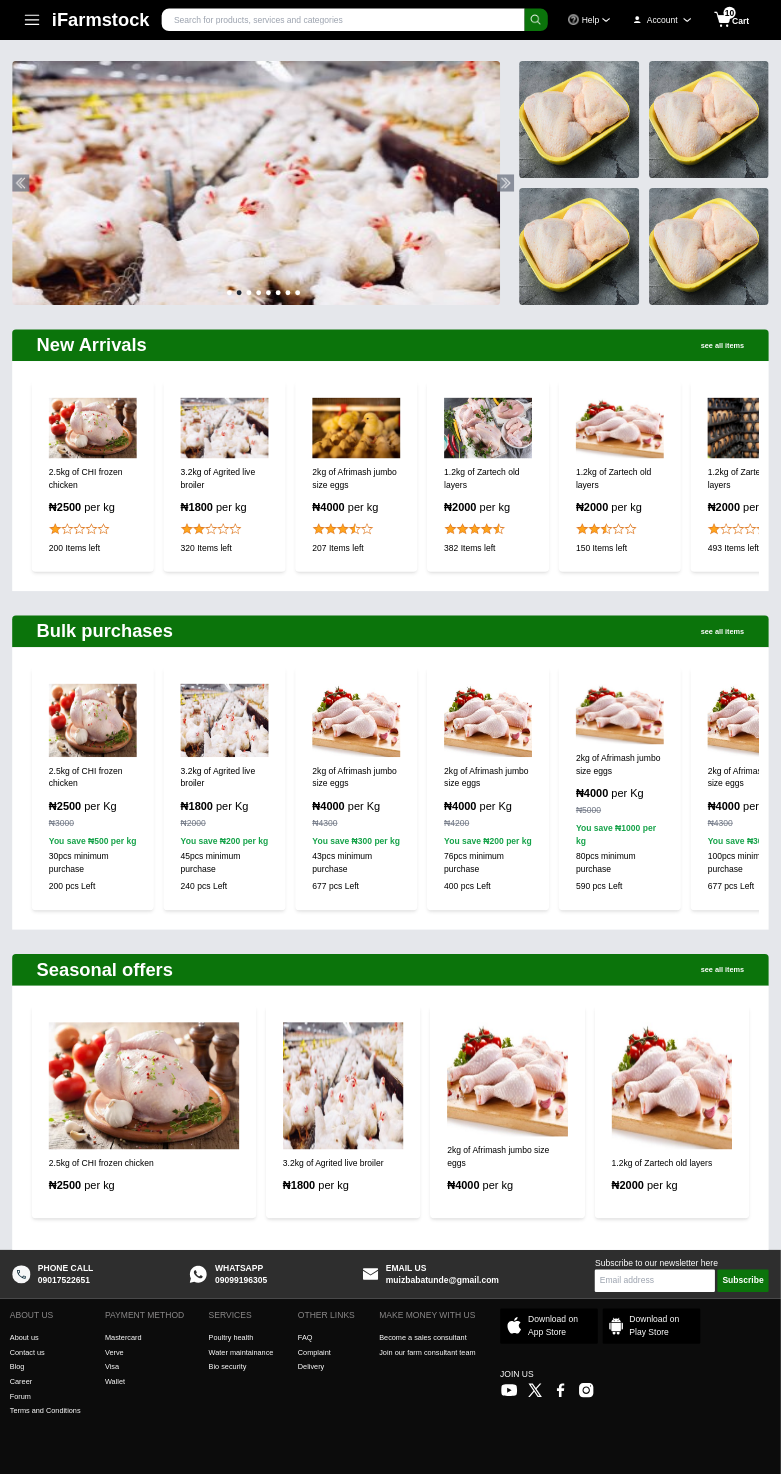
Repository: IssaMuiz/ifarmstock
Page: /
The author's editor kept a copy of each file at every save. The page is drawn from the files as they stood at one save, then again after the next save.
The browser window is 1280 px wide. The pictures show the whole page, at 61% of full size.
The project was rebuilt for these pictures with package versions that can differ from the ones it lists, and the page was loaded fresh each time. The framework's server and built-in components were replaced by stand-ins that run in the browser. Also part of the build but not shown: next.config.mjs.

Above is the page before, as saved 2024-09-04 07:31:06.

### app/layout.tsx
import "@/styles/globals.css";

export const metadata = {
  title: "Grow",
  description: "Livestock farming e-commerce application",
};

export default function RootLayout({
  children,
}: {
  children: React.ReactNode;
}) {
  return (
    <html lang="en">
      <body className="bg-gray-200 h-screen w-auto">
        <section className="mb-5">{children}</section>
      </body>
    </html>
  );
}

### app/page.tsx
"use client";

import ProductSlider from "@/components/productSlider";
import ClientLayout from "@/components/clientLayout";
import NewArrivalsCards from "@/components/newArrivalsCards";
import BulkPurchasesCards from "@/components/bulkPurchasesCards";
import SeasonalCards from "@/components/seasonalCards";

const Home = () => {
  return (
    <ClientLayout>
      <div className="pt-20 tablet:mx-5 mobile:mx-2 h-auto">
        <div>
          <ProductSlider />

          <div
            className="bgColor text w-full h-auto mt-10 tablet:text-3xl mobile:text-2xl p-2 items-center rounded-t-md font-semibold flex
          justify-between px-10"
          >
            <p>New Arrivals</p>
            <p className="text-xs cursor-pointer hover:underline">
              see all items
            </p>
          </div>
          <NewArrivalsCards />
          <div
            className="bgColor text w-full h-auto mt-10 tablet:text-3xl mobile:text-2xl p-2 rounded-t-md font-semibold flex
          justify-between px-10 items-center"
          >
            <p>Bulk purchases</p>
            <p className="text-xs cursor-pointer hover:underline">
              see all items
            </p>
          </div>
          <BulkPurchasesCards />
          <div
            className="bgColor text w-full h-auto mt-10 tablet:text-3xl mobile:text-2xl p-2 rounded-t-md font-semibold flex
          justify-between px-10 items-center"
          >
            <p>Seasonal offers</p>
            <p className="text-xs cursor-pointer hover:underline">
              see all items
            </p>
          </div>
          <SeasonalCards />
        </div>
      </div>
    </ClientLayout>
  );
};

export default Home;

### styles/globals.css
@tailwind base;
@tailwind components;
@tailwind utilities;

.scrollbar {
  scrollbar-width: thin;
  scrollbar-color: gray #313131;
}

.bgColor {
  background-color: rgb(11, 116, 11);
}

.text {
  color: white;
}

body {
  font-family: Arial, Helvetica, sans-serif;
  font-size: 14px;
}

### components/productSlider.tsx
"use client";
import Image from "next/image";
import { useEffect, useState } from "react";

const ProductSlider = () => {
  const images = [
    "/assets/images/poultry-image1-slider.jpg",
    "/assets/images/poultry-image2-slider.jpg",
    "/assets/images/poultry-image3-slider.jpg",
    "/assets/images/poultry-image4-slider.jpg",
    "/assets/images/poultry-image5-slider.jpg",
    "/assets/images/poultry-image6-slider.jpg",
    "/assets/images/poultry-image7-slider.jpg",
    "/assets/images/catfish-image1-slider.jpg",
  ];

  const [index, setIndex] = useState(0);

  const handleSliceNext = () => {
    setIndex((index + 1) % images.length);
  };
  const handleSlicePrev = () => {
    setIndex((index - 1) % images.length);
  };

  const handleIndicatorClick = (i: number) => {
    setIndex(i);
  };

  useEffect(() => {
    const intervalId = setInterval(() => {
      handleSliceNext();
    }, 5000);
    return () => clearInterval(intervalId);
  }, [index]);
  return (
    <div className="flex tablet:flex-row gap-2 items-start mobile:flex-col w-full">
      <div className="relative mt-5 w-full overflow-hidden ">
        <div
          className="flex transition-transform duration-500 ease-in-out"
          style={{ transform: `translateX(-${index * 100}%)` }}
        >
          {images.map((image, i) => (
            <div key={i} className="min-w-full">
              <Image
                className="tablet:h-[400px] mobile:h-[200px]  rounded-md"
                src={image}
                alt={`Slide ${i + 1}`}
                width={800}
                height={200}
              />
            </div>
          ))}
        </div>
        <button
          type="button"
          onClick={handleSlicePrev}
          className="absolute left-0 top-1/2 tranform -translate-y-1/2 bg-gray-500 text-white px-1 py-1 opacity-75 hover:opacity-100 transition-opacity"
        >
          <Image
            className=""
            src="/assets/icons/arrow-left.png"
            alt="arrow-right-icon"
            width={20}
            height={20}
          />
        </button>
        <button
          type="button"
          onClick={handleSliceNext}
          className="absolute right-0 top-1/2 tranform -translate-y-1/2 bg-gray-500 text-white px-1 py-1 opacity-75 hover:opacity-100 transition-opacity"
        >
          <Image
            className=""
            src="/assets/icons/right-arrow.png"
            alt="arrow-right-icon"
            width={20}
            height={20}
          />
        </button>
        <div className="absolute bottom-4 left-0 right-0 flex justify-center space-x-2">
          {images.map((_, i) => (
            <button
              key={i}
              onClick={() => handleIndicatorClick(i)}
              className={`w-2 h-2 rounded-full ${
                index === i ? "bg-gray-800" : "bg-white"
              }`}
            />
          ))}
        </div>
      </div>
      <div className="">
        <div className="grid grid-cols-2 mt-5 gap-4">
          <Image
            className="rounded-md h-[192px] cursor-pointer"
            src="/assets/images/package-chicken2.jpg"
            alt=""
            width={300}
            height={330}
          />
          <Image
            className="rounded-md h-[192px] cursor-pointer"
            src="/assets/images/package-chicken2.jpg"
            alt=""
            width={300}
            height={330}
          />
          <Image
            className="rounded-md h-[192px] cursor-pointer"
            src="/assets/images/package-chicken2.jpg"
            alt=""
            width={300}
            height={330}
          />
          <Image
            className="rounded-md h-[192px] cursor-pointer"
            src="/assets/images/package-chicken2.jpg"
            alt=""
            width={300}
            height={330}
          />
        </div>
      </div>
    </div>
  );
};

export default ProductSlider;

### components/clientLayout.tsx
"use client";
import Navbar from "@/components/navbar";
import Sidenav from "@/components/sidenav";
import Footer from "@/components/footer";

import { useState, createContext } from "react";

export const SidebarContext = createContext({
  isOpen: false,
  toggleSidebar: () => {},
});

const ClientLayout = ({ children }: { children: React.ReactNode }) => {
  const [isOpen, setIsOpen] = useState(false);

  const toggleSidebar = () => {
    setIsOpen((prev) => !prev);
  };
  return (
    <SidebarContext.Provider value={{ isOpen, toggleSidebar }}>
      <Navbar />
      <Sidenav />
      <div
        className={`fixed inset-0 bg-black transition-opacity duration-300 ease-in-out z-10 ${
          isOpen
            ? "opacity-70 pointer-events-auto"
            : "opacity-0 pointer-events-none"
        }`}
        onClick={toggleSidebar}
      ></div>
      <section
        className={`relative z-0 transition-all duration-300 ease-in-out `}
      >
        {children}
      </section>
      <Footer />
    </SidebarContext.Provider>
  );
};

export default ClientLayout;

### components/newArrivalsCards.tsx
import Image from "next/image";
import newArrivalsCards from "../models/newArrivalsCards.json";
const NewArrivalsCards = () => {
  const sliceNewArrivals = newArrivalsCards.slice(0, 10);
  return (
    <div className="bg-white h-auto w-auto tablet:p-4 mobile:p-1">
      <div className="flex overflow-x-auto space-x-4 p-4">
        {sliceNewArrivals.map((product, index) => (
          <div
            key={index}
            className="flex shadow-md hover:shadow-xl hover:scale-[1.01] hover:transition-all hover:duration-300 hover:ease-in-out flex-col tablet:min-w-[200px] mobile:min-w-[160px] tablet:p-7 tablet:gap-3 mobile:p-2 mobile:gap-1 rounded-md cursor-pointer"
          >
            <Image
              src={product.image}
              alt="poultry"
              width={150}
              height={100}
              className="h-full w-full"
            />
            <div className="text-md">
              <p className="line-clamp-2 mb-3">
                <span>{product.weight}</span> of {product.name}
              </p>
              <p className="font-semibold text-lg mb-3">
                &#8358;{product.Price}
                <span className="text-md font-extralight"> per kg</span>
              </p>
              <div className="mb-3">
                <Image
                  src={product.rating}
                  alt="rating-icon"
                  width={100}
                  height={60}
                />
              </div>
              <div className="">{product.itemsLeft} Items left</div>
            </div>
          </div>
        ))}
      </div>
    </div>
  );
};

export default NewArrivalsCards;

### components/bulkPurchasesCards.tsx
import Image from "next/image";
import bulkPurchasesCards from "@/models/bulkPurchasesCards.json";
const BulkPurchasesCard = () => {
  const sliceBulkPurchase = bulkPurchasesCards.slice(0, 8);
  return (
    <div className="bg-white h-auto w-auto tablet:p-4 mobile:p-1">
      <div className="flex overflow-x-auto space-x-4 p-4">
        {sliceBulkPurchase.map((product, index) => (
          <div
            key={index}
            className="flex shadow-md hover:shadow-xl hover:scale-[1.01] hover:transition-all hover:duration-300 hover:ease-in-out flex-col tablet:min-w-[200px] mobile:min-w-[160px] tablet:p-7 tablet:gap-3 mobile:p-2 mobile:gap-1 rounded-md cursor-pointer"
          >
            <Image
              src={product.image}
              alt="poultry"
              width={150}
              height={100}
              className="h-full w-full"
            />
            <div className="text-md">
              <p className="line-clamp-2 mb-3">
                <span>{product.weight}</span> of {product.name}
              </p>
              <p className="font-semibold text-lg mb-1">
                &#8358;{product.Price}
                <span className="text-md font-extralight"> per Kg</span>
              </p>
              <p className="mb-2 line-through text-gray-500">
                &#8358;{product.discount}
              </p>
              <p className="text-green-600 font-semibold mb-1">
                You save &#8358;{product.discount - product.Price} per kg
              </p>
              <p className="mb-2">{product.minimum}pcs minimum purchase</p>
              <p>{product.itemsLeft} pcs Left</p>
            </div>
          </div>
        ))}
      </div>
    </div>
  );
};

export default BulkPurchasesCard;

### components/seasonalCards.tsx
import Image from "next/image";
import seasonalCards from "@/models/seasonalCards.json";
const SeasonalCards = () => {
  return (
    <div className="bg-white h-auto w-auto tablet:p-4 mobile:p-1">
      <div className="flex overflow-x-auto space-x-4 p-4 mb-5">
        {seasonalCards.map((product, index) => (
          <div
            key={index}
            className="flex shadow-md hover:shadow-xl hover:scale-[1.01] hover:transition-all hover:duration-300 hover:ease-in-out flex-col tablet:min-w-[200px] mobile:min-w-[160px] tablet:p-7 tablet:gap-3 mobile:p-2 mobile:gap-1 rounded-md cursor-pointer"
          >
            <Image
              src={product.image}
              alt="poultry"
              width={150}
              height={100}
              className="h-full w-full"
            />
            <div className="text-md">
              <p className="line-clamp-2 mb-3">
                <span>{product.weight}</span> of {product.name}
              </p>
              <p className="font-semibold text-lg mb-3">
                &#8358;{product.Price}
                <span className="text-md font-extralight"> per kg</span>
              </p>
            </div>
          </div>
        ))}
      </div>
    </div>
  );
};

export default SeasonalCards;

### components/sidenav.tsx
"use client";
import Image from "next/image";
import Link from "next/link";
import { useState } from "react";
import { useContext } from "react";
import { SidebarContext } from "./clientLayout";
const Sidenav = () => {
  const [categories, setCategories] = useState([
    {
      id: "1",
      name: "Broiler",
      expanded: false,
      arrowIcon: "/assets/icons/arrow-icon--right.png",
      dropdownlink: [
        { name: "Day Old Chicks", link: "/" },
        { name: "Matured Broilers", link: "/" },
        { name: "Frozen Chicken", link: "/" },
      ],
    },
    {
      id: "2",
      name: "Layers",
      expanded: false,
      arrowIcon: "/assets/icons/arrow-icon--right.png",
      dropdownlink: [
        { name: "Pullet", link: "/" },
        { name: "Point Of Lay", link: "/" },
        { name: "Old Layers", link: "/" },
      ],
    },
    {
      id: "3",
      name: "Catfish",
      expanded: false,

      arrowIcon: "/assets/icons/arrow-icon--right.png",
      dropdownlink: [
        { name: "Fingerlings/Juvenile", link: "/" },
        { name: "Matured Catfish", link: "/" },
        { name: "Smoked Catfish", link: "/" },
      ],
    },
    {
      id: "4",
      name: "Poultry-Eggs",
      expanded: false,

      arrowIcon: "/assets/icons/arrow-icon--right.png",
      dropdownlink: [
        { name: "Jumbo-size", link: "/" },
        { name: "Small-size", link: "/" },
        { name: "packaged-eggs", link: "/" },
      ],
    },
  ]);

  const handleDropdown = (id: string) => {
    setCategories((prev) =>
      prev.map((category) =>
        category.id === id
          ? { ...category, expanded: !category.expanded }
          : category
      )
    );
  };

  const { isOpen } = useContext(SidebarContext);
  return (
    <nav
      className={`fixed overflow-x-hidden flex items-start flex-row gap-4  z-20   transform transition-transform duration-300   ${
        isOpen ? "translate-x-0" : "-translate-x-full"
      }`}
    >
      <div className="bg-gray-100 tablet:w-[300px] mobile:w-[250px] h-auto overflow-auto left-0 top-0 bottom-0 scrollbar ">
        <div className="bgColor h-14 flex items-center text text-2xl pl-5 font-semibold gap-3">
          <Image
            src="/assets/icons/account.png"
            alt="profile-icon"
            height={25}
            width={25}
          />
          <p>Hello User</p>
        </div>
        <div className=" ">
          {categories.map((category) => (
            <div onClick={() => handleDropdown(category.id)} key={category.id}>
              <div className="text-lg flex justify-between items-center font-semibold hover:bg-gray-300 mt-5 p-2 cursor-pointer">
                <div>{category.name}</div>

                <Image
                  className={`${
                    category.expanded &&
                    "rotate-90 duration-300 transition-transform"
                  } h-4 w-4`}
                  src={category.arrowIcon}
                  alt="arrow-icon"
                  width={3}
                  height={3}
                />
              </div>

              <div>
                {category.expanded && (
                  <div>
                    {category.dropdownlink.map((dropdown, index) => (
                      <div className="hover:bg-gray-300" key={index}>
                        <Link href={dropdown.link}>
                          <div className="p-3 text-md ">{dropdown.name}</div>
                        </Link>
                      </div>
                    ))}
                  </div>
                )}
              </div>
            </div>
          ))}
        </div>
      </div>
      <div>
        <p className="text-3xl text font-thin">X</p>
      </div>
    </nav>
  );
};

export default Sidenav;

### tailwind.config.ts
import type { Config } from "tailwindcss";

const config: Config = {
  content: [
    "./pages/**/*.{js,ts,jsx,tsx,mdx}",
    "./components/**/*.{js,ts,jsx,tsx,mdx}",
    "./app/**/*.{js,ts,jsx,tsx,mdx}",
  ],
  theme: {
    extend: {
      screens: {
        mobile: "320px",
        tablet: "768px",
        desktop: "1024px",
      },
    },
  },
  plugins: [],
};
export default config;

Loaded but not shown: models/newArrivalsCards.json (162 lines, source omitted); models/bulkPurchasesCards.json (110 lines, source omitted); models/seasonalCards.json (26 lines, source omitted); components/footer.tsx (335 lines, source omitted); components/navbar.tsx (148 lines, source omitted)

After the next save:
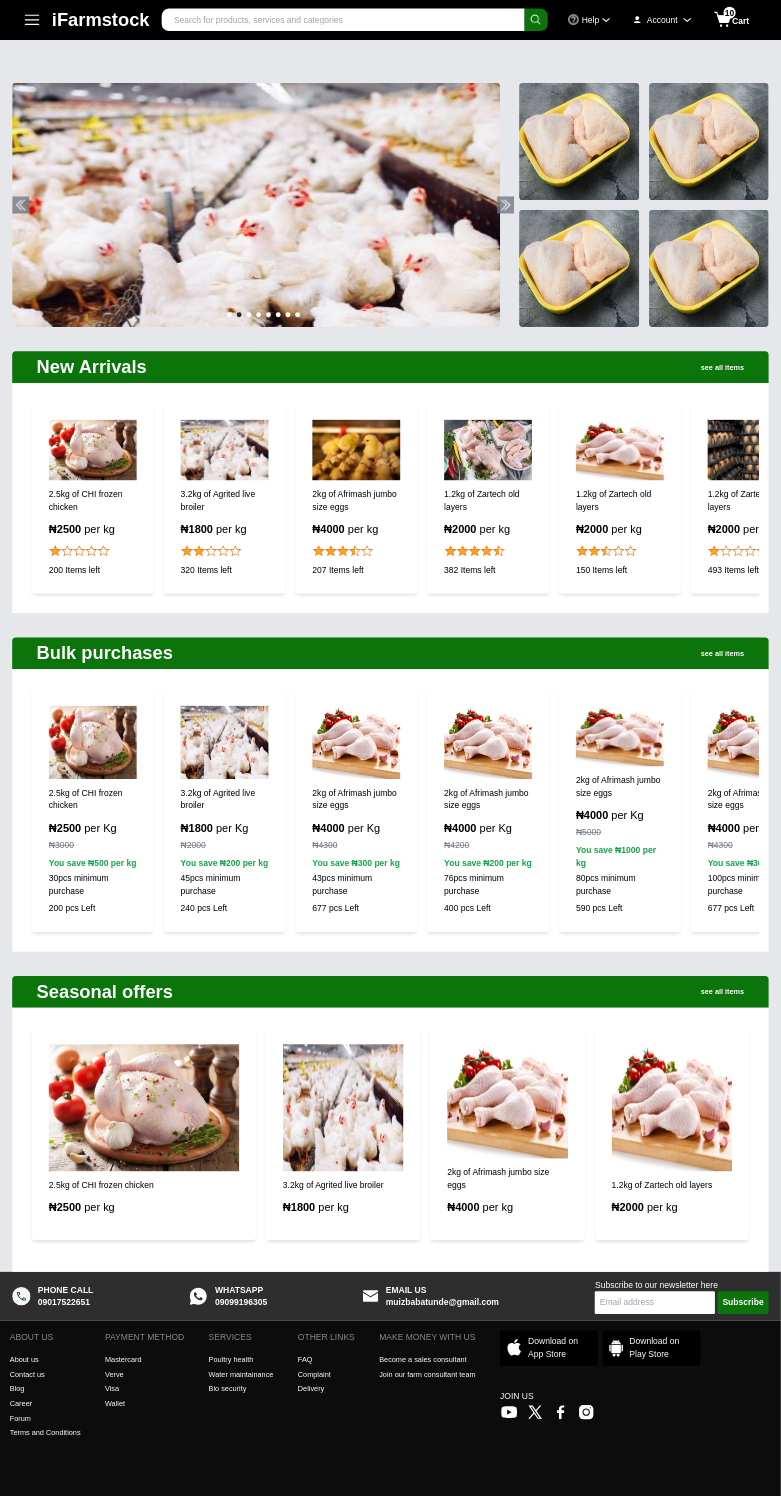
Saved 2 min 40 s later.
--- a/components/sidenav.tsx
+++ b/components/sidenav.tsx
@@ -67,11 +67,11 @@
   const { isOpen } = useContext(SidebarContext);
   return (
     <nav
-      className={`fixed overflow-x-hidden flex items-start flex-row gap-4  z-20   transform transition-transform duration-300   ${
+      className={`overflow-x-hidden flex items-start flex-row gap-4  z-20   transform transition-transform duration-300   ${
         isOpen ? "translate-x-0" : "-translate-x-full"
       }`}
     >
-      <div className="bg-gray-100 tablet:w-[300px] mobile:w-[250px] h-auto overflow-auto left-0 top-0 bottom-0 scrollbar ">
+      <div className="fixed bg-gray-100 tablet:w-[300px] mobile:w-[250px] h-auto overflow-auto left-0 top-0 bottom-0 scrollbar ">
         <div className="bgColor h-14 flex items-center text text-2xl pl-5 font-semibold gap-3">
           <Image
             src="/assets/icons/account.png"

After the save that followed:
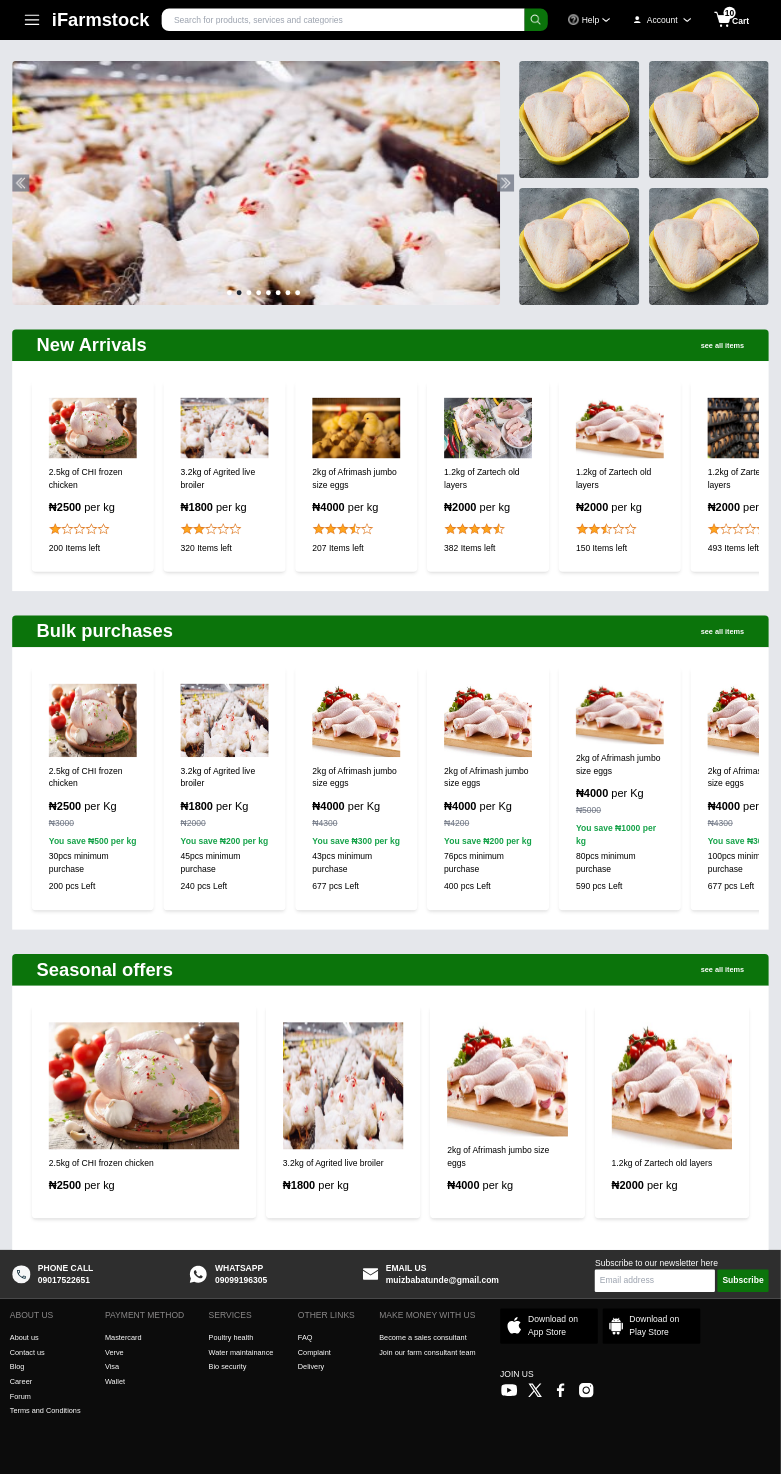
Saved 74 s later.
--- a/components/sidenav.tsx
+++ b/components/sidenav.tsx
@@ -67,7 +67,7 @@
   const { isOpen } = useContext(SidebarContext);
   return (
     <nav
-      className={`overflow-x-hidden flex items-start flex-row gap-4  z-20   transform transition-transform duration-300   ${
+      className={`fixed overflow-x-hidden flex items-start flex-row gap-4  z-20   transform transition-transform duration-300   ${
         isOpen ? "translate-x-0" : "-translate-x-full"
       }`}
     >
